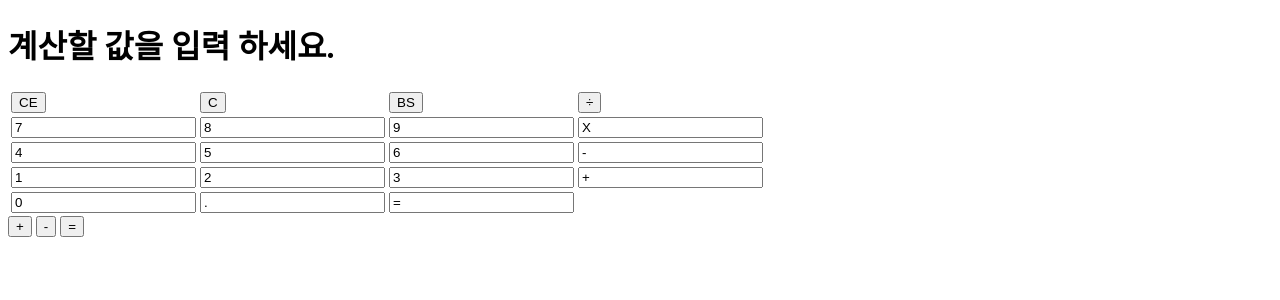
Repository: Realhyeonwoo/study-jsp
Page: JSPPrj/WebContent/calc3.html
The author's editor kept a copy of each file at every save. The page is drawn from the files as they stood at one save, then again after a run of saves.
The browser window is 1280 px wide. The pictures show the whole page.

Above is the page before, as saved 2020-04-16 06:31:09.

After the next 2 saves:
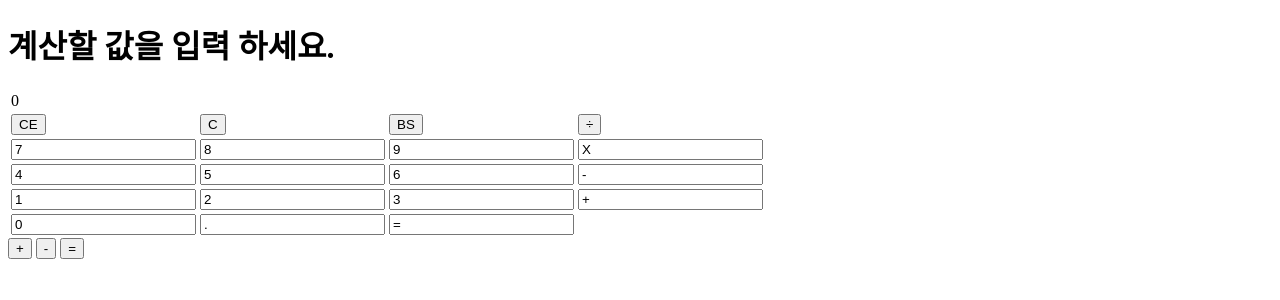
The 2 saves are shown as one change because they came seconds apart.
The last was saved 25 s later.
--- a/JSPPrj/WebContent/calc3.html
+++ b/JSPPrj/WebContent/calc3.html
@@ -8,7 +8,9 @@
 	<h1>계산할 값을 입력 하세요.</h1>
 	<form action="calc2" method="post">
 		<table>
-
+			<tr>
+				<td colspan="4">0</td>
+			</tr>
 			<tr>
 				<td><input type="submit" name="operator" value="CE"/></td>
 				<td><input type="submit" name="operator" value="C"/></td>
